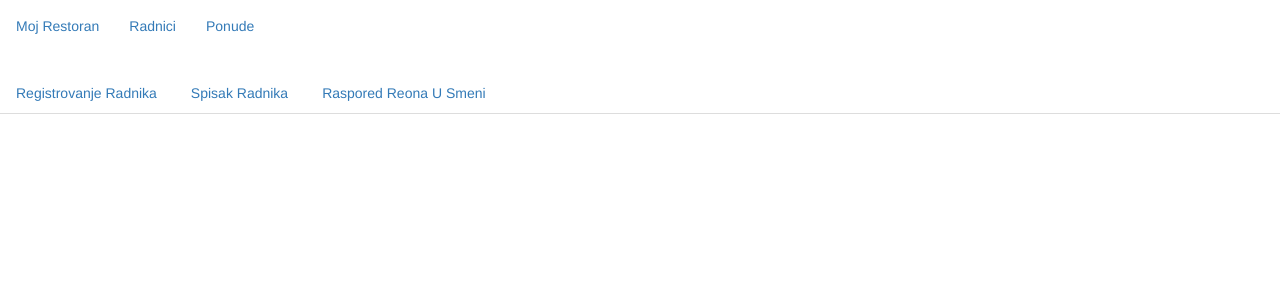
Repository: milanadam94/ISA-2016
Page: jpa-example/src/main/webapp/RestaurantManager/RestaurantManagerWorkers.html
An editor plug-in stored every save of this project. The page is shown before and after the next save, followed by the edit.
The browser window is 1280 px wide. The pictures show the whole page.
Some web libraries are served in a nearby version.

Above is the page before, as saved 2017-02-28 10:18:20.

After the next save:
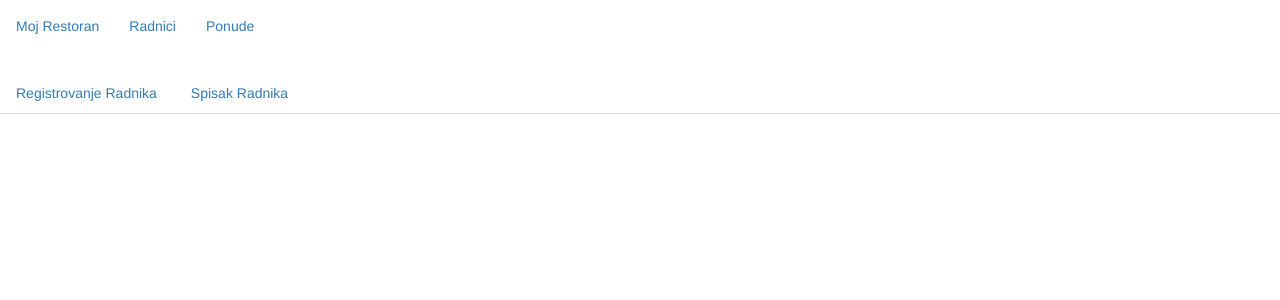
Saved 12 s later.
--- a/jpa-example/src/main/webapp/RestaurantManager/RestaurantManagerWorkers.html
+++ b/jpa-example/src/main/webapp/RestaurantManager/RestaurantManagerWorkers.html
@@ -38,7 +38,6 @@
 			<ul class="nav nav-tabs">
 				<li><a ng-click="registracija()">Registrovanje Radnika</a>
 				<li><a ng-click="slisakRadnika()">Spisak Radnika</a>
-				<li><a ng-click="reonUSmeni()">Raspored Reona U Smeni</a>
 			</ul>
 		</div>
 
@@ -234,12 +233,6 @@
 
 
 
-		<!--  PO SMENAMA -->
-		<!--  ================================ -->
-		<div  ng-show="reonUSmeniShow">
-
-		</div>
-
 
 	</div>
 
